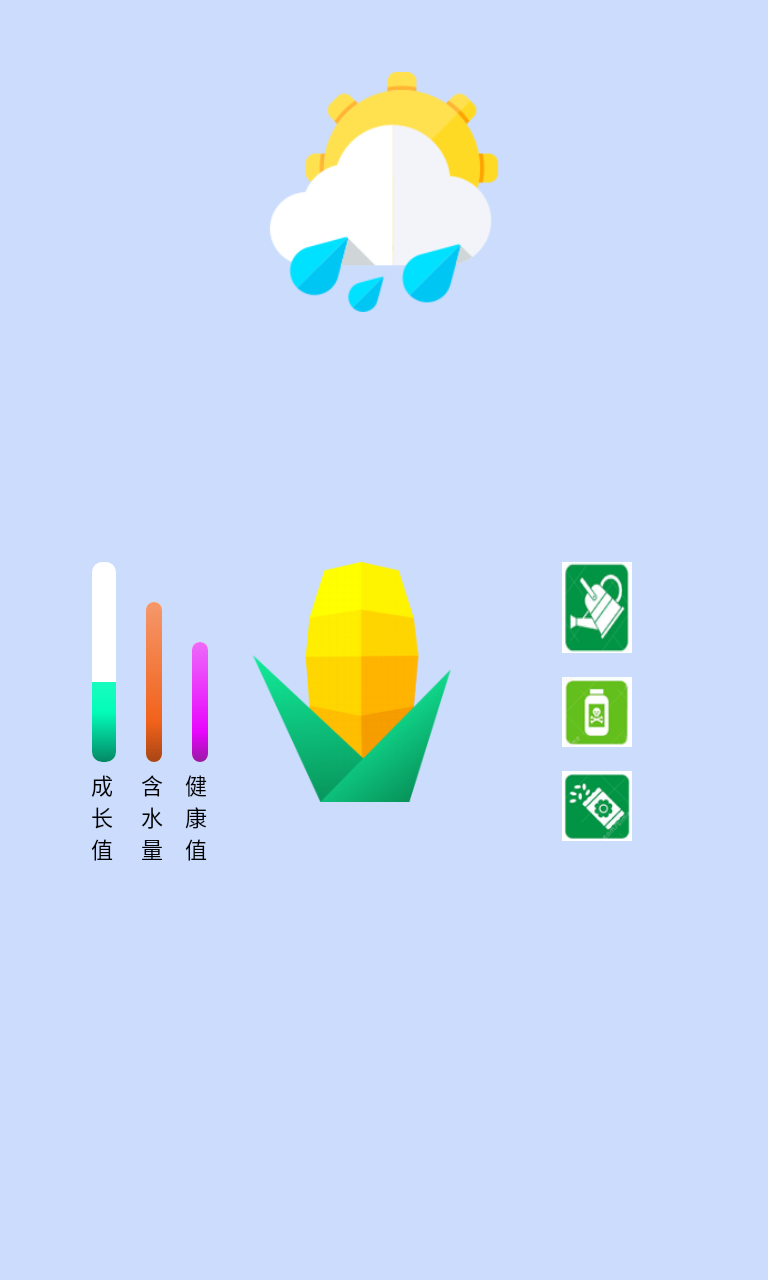
Repository: DraceWang/YumiTianqi
Layout: YumiTianqi/res/layout/fragment_main.xml
These files come from the project's save history. The layout is drawn as it stood at one moment and after the next save; the edit follows.
It is drawn on a 768 x 1280 px phone screen (xhdpi) without system bars, with theme AppTheme; the app's code is not run. Lists and similar views that code fills are empty.

Above is the layout before, as saved 2015-05-20 01:55:58.

After the next save:
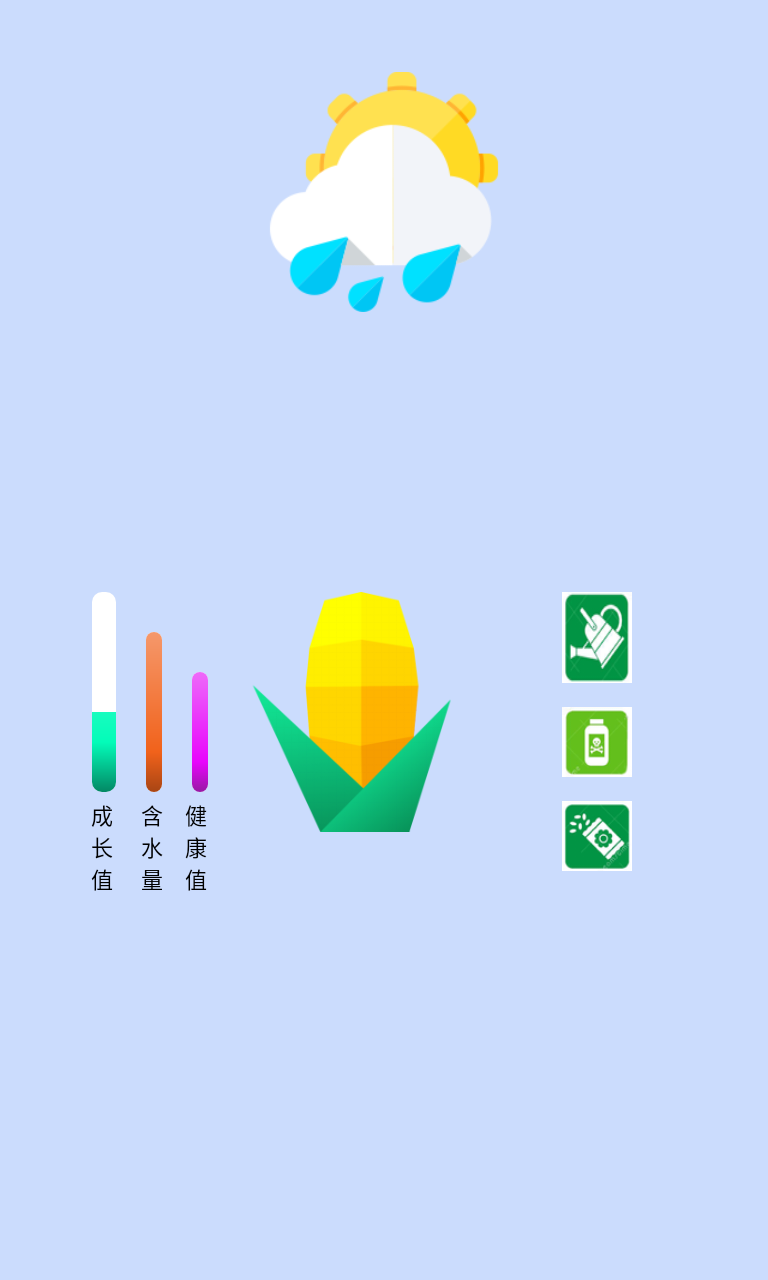
Saved 78 s later.
--- a/YumiTianqi/res/layout/fragment_main.xml
+++ b/YumiTianqi/res/layout/fragment_main.xml
@@ -77,7 +77,7 @@
         android:layout_height="match_parent"
         android:layout_below="@+id/WeatherIcon"
         android:layout_centerHorizontal="true"
-        android:layout_marginTop="85dp"
+        android:layout_marginTop="100dp"
         android:layout_alignParentBottom="true"
         android:scrollbars="none" >
 
